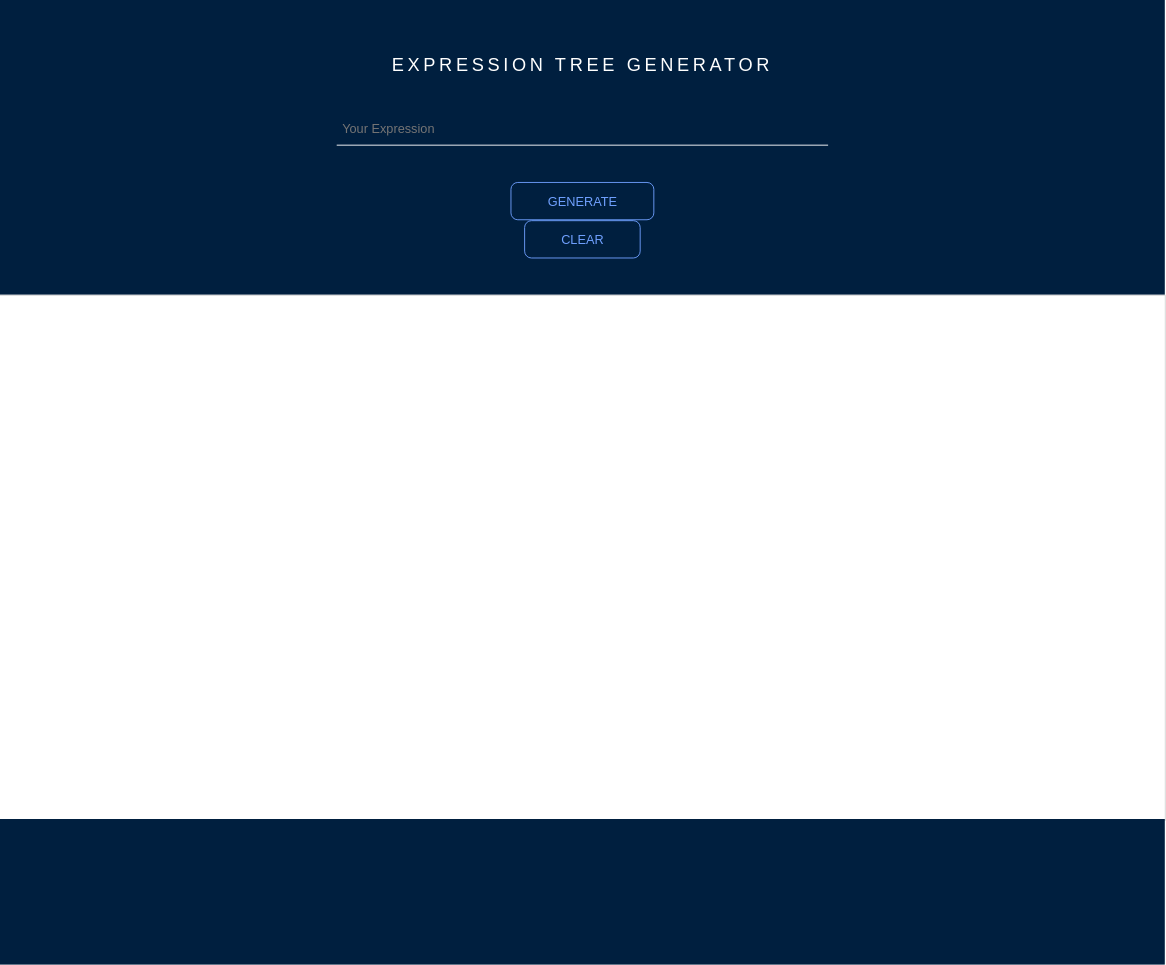
Repository: lnogueir/expression-tree-gen
Page: index.html
The author's editor kept a copy of each file at every save. The page is drawn from the files as they stood at one save, then again after the next save.
The browser window is 1280 px wide. The page is 1281 px wide, so the pictures cover 1281 px, including what lies to the right of the window. The pictures show the whole page, at 91% of full size.

Above is the page before, as saved 2020-03-15 19:24:18.

### index.html
<!DOCTYPE html>
<html lang="en">

<head>
    <meta charset="UTF-8">
    <meta name="viewport" content="width=device-width, initial-scale=1.0">
    <title>Canvas</title>
    <link rel="stylesheet" href="app.css">
</head>

<body>

    <div class="contact-section">
        <div class="inner-width">
          <h1>Expression Tree Generator</h1>
          <input type="text" class="name" id = 'expression-input' placeholder="Your Expression">

          <div class="buttons">
          <button id="generate-tree">Generate</button>
          <a href="index.html"><button id="generate-tree">Clear</button></a>
        </div>

        </div>
      </div>

    <div id="canvas-container">
        <canvas></canvas>
    </div>

    <div class="ending-section">

    </div>

</body>
<script src="https://ajax.googleapis.com/ajax/libs/jquery/3.4.1/jquery.min.js"></script>
<script src="https://cdnjs.cloudflare.com/ajax/libs/mathjs/6.6.1/math.min.js"></script>
<script src="tree.js"></script>
<script src="infixToPostfix.js"></script>
<script src="canvas.js"></script>

</html>

### app.css
*{
    margin: 0;
    padding: 0;
    box-sizing: border-box;
    font-family: "montserrat",sans-serif;
  }
  .contact-section{
    background: #001f3f;
    padding: 60px 0 40px 0;
    text-align: center;
  }

  .inner-width{
    max-width: 600px;
    margin: auto;
    padding: 0 20px;
  }

  .contact-section h1{
    font-size: 20px;
    color: #FFF;
    margin-bottom: 40px;
    text-transform: uppercase;
    letter-spacing: 4px;
    font-weight: 400;
  }

  .name,.email,.message{
    background: none;
    border:none;
    outline: none;
    border-bottom: 1px solid;
    color: #FFF;
    padding: 10px 6px;
    font-size: 14px;
    margin-bottom: 40px;
  }

  .name{
    float: center;
    width: 540px;
  }

  .buttons{
      display: flex;
      flex-direction: column;
      justify-content: center;
      align-items: center;
  }

  .contact-section button{
      padding: 0 0 20px 0;
      outline: none;
    background: none;
    color: #70a1ff;
    border: 1px solid #70a1ff;
    padding: 12px 40px;
    border-radius: 8px;
    text-transform: uppercase;
    font-size: 14px;
    transition: 0.4s linear;
    cursor: pointer;
  }

  .contact-section button:hover{
    background: #70a1ff;
    color: #fff;
  }

  .ending-section{
      z-index: 10;
      bottom: 0;
      position: relative;
    background: #001f3f;
    padding: 80px 0;
    text-align: center;
  }


  @media screen and (max-width:600px){
    .name,.email{
      width: 100%;
    }
  }

#canvas-container{
    outline: none;
    border: none;
    display: flex;
    flex-direction: column;
    align-items: center;
    margin: auto;
    height: 80vh;
    width: 100vw;
    background: #FFF;
}

canvas{
    border: 1px solid lightgray;
}

### tree.js
function Node(value) {
    const radius = 32.5
    this.value = value;
    this.x = null;
    this.y = null;
    this.right = null;
    this.left = null;

    this.isLeaf = () => this.right == null && this.left == null;

    this.drawEdge = function (context, x, y, left_way) {
        context.strokeStyle = 'gray';
        context.beginPath()
        const x_y_ratio = Math.abs(this.y - y) / Math.abs(this.x - x)
        const w = radius * Math.sqrt(1 / (1 + Math.pow(x_y_ratio, 2)))
        const d = x_y_ratio * w
        if (left_way) {
            context.moveTo(this.x - w, this.y + d)
            context.lineTo(x + w, y - d)
        } else {
            context.moveTo(this.x + w, this.y + d)
            context.lineTo(x - w, y - d)
        }

        context.stroke()
    }

    this.draw = function (context) {
        context.beginPath()
        context.arc(this.x, this.y, radius, 0, Math.PI * 2, false)
        context.fillStyle = 'rgba(255, 255, 255, 0.5)'
        context.fill()
        context.strokeStyle = 'black'
        context.stroke()
        context.font = '25px Times New Roman'
        context.textAlign = 'center'
        context.textBaseline = 'middle'
        context.fillStyle = "black";
        context.fillText(this.value, this.x, this.y);
    }
}

function constructTree(postfix) {
    const OPERATORS = ['*', '/', '-', '+']
    var stack = []
    var root = null;
    var current;
    var shift = false;
    for (var i = postfix.length - 1; i >= 0; i--) {
        if (null === root) {
            current = new Node(postfix[i]);
            root = current;
        } else {
            if (shift) {
                current.left = new Node(postfix[i])
                current = current.left
                shift = false
            } else {
                current.right = new Node(postfix[i])
                current = current.right
            }
        }
        if (OPERATORS.includes(postfix[i])) {
            stack.push(current);
        } else {
            current = stack.pop();
            shift = true
        }
    }
    return root;
}

function getSize(root) {
    var size = 0
    function countSize(root) {
        if (null != root) {
            size++;
            countSize(root.left)
            countSize(root.right)
        }
    }
    countSize(root);
    return size;
}

function print_coords(root) {
    if (null != root) {
        print_coords(root.left)
        console.log(root.value, root.x, root.y)
        print_coords(root.right)
    }
}

function setCoordinates(root) {
    var i = 0
    const OFFSET = 50
    const size = getSize(root)
    const canvas_mid_point = window.innerWidth / 2;
    function setCoordinates(subt, depth) {
        if (null != subt) {
            setCoordinates(subt.left, depth + 1)
            subt.x = canvas_mid_point + (OFFSET * (i - size / 2))
            subt.y = OFFSET + (depth * 1.5 * OFFSET)
            i++
            setCoordinates(subt.right, depth + 1)
        }
    }
    setCoordinates(root, 0)
}

function drawTree(root, context) {
    if (null != root) {
        root.draw(context)
        if (null != root.left) {
            root.drawEdge(context, root.left.x, root.left.y, true);
        }
        drawTree(root.left, context)
        if (null != root.right) {
            root.drawEdge(context, root.right.x, root.right.y, false)
        }
        drawTree(root.right, context)
    }
}

### infixToPostfix.js
function isBracketed(expr) {
  var stack = []
  for (var i = 0; i < expr.length; i++) {
    if ('(' === expr[i]) {
      stack.push('(')
    } else if (')' === expr[i]) {
      stack.pop()
      if (stack.length === 0) {
        if (i !== expr.length - 1) {
          return false
        } else {
          return true
        }
      }
    }
  }
  return false;
}

function isValidExpression(expr) {
  if (expr.length < 3) {
    return false;
  }
  for (var i = 0; i < expr.length; i++) {
    if ('abcdefghijklmnopqrstuvwxyz*()/+-'.indexOf(expr[i]) === -1) {
      return false;
    }
  }
  try {
    while ("(" === expr[0] && ")" === expr[expr.length - 1]) {
      if (isBracketed(expr)) {
        expr = expr.substring(1, expr.length - 1);
      } else break;
    }
    var res = math.parse(expr);
    if ((typeof res.implicit === 'undefined') || res.fn.indexOf('unary') !== -1) {
      return false;
    }
    return true;
  }
  catch (ex) {
    return false;
  }
}

function infixToPostfix(expression) {
  if (!isValidExpression(expression)) {
    return null;
  }
  const prec = { "*": 3, "/": 3, "-": 2, "+": 2, "(": 1 }
  op_stack = []
  postfixList = []
  tokens = expression.split('')
  for (const token of tokens) {
    if ("abcdefghijklmnopqrstuvwxyz".indexOf(token) !== -1) {
      postfixList.push(token)
    } else if ("(" === token) {
      op_stack.push(token)
    } else if (")" === token) {
      var top_op_token = op_stack.pop()
      while (top_op_token !== '(') {
        postfixList.push(top_op_token)
        top_op_token = op_stack.pop()
      }
    } else {
      var peek_elem = op_stack.slice(-1)[0];
      while (op_stack.length > 0 && (prec[peek_elem] >= prec[token])) {
        postfixList.push(op_stack.pop())
        peek_elem = op_stack.slice(-1)[0];
      }
      op_stack.push(token)
    }
  }
  while (op_stack.length > 0) {
    postfixList.push(op_stack.pop())
  }
  return postfixList
}

### canvas.js
var canvas = document.querySelector('canvas')

canvas.height = document.getElementById('canvas-container').offsetHeight;
canvas.width = document.getElementById('canvas-container').offsetWidth;

var c = canvas.getContext('2d')

$('#generate-tree').click(() => {
    var expression = $('#expression-input').val()
    if (typeof expression !== 'undefined' && null != expression) {
        expression = expression.replace(/\s+/g, '')
        expression = expression.toLowerCase()
        var postfix = infixToPostfix(expression);
        if (null !== postfix) {
            var root = constructTree(postfix)
            setCoordinates(root)
            c.clearRect(0, 0, canvas.width, canvas.height);
            drawTree(root, c)
        } else {
            alert('Enter valid expression')
        }

    } else {
        alert('Enter valid expression')
    }
})

After the next save:
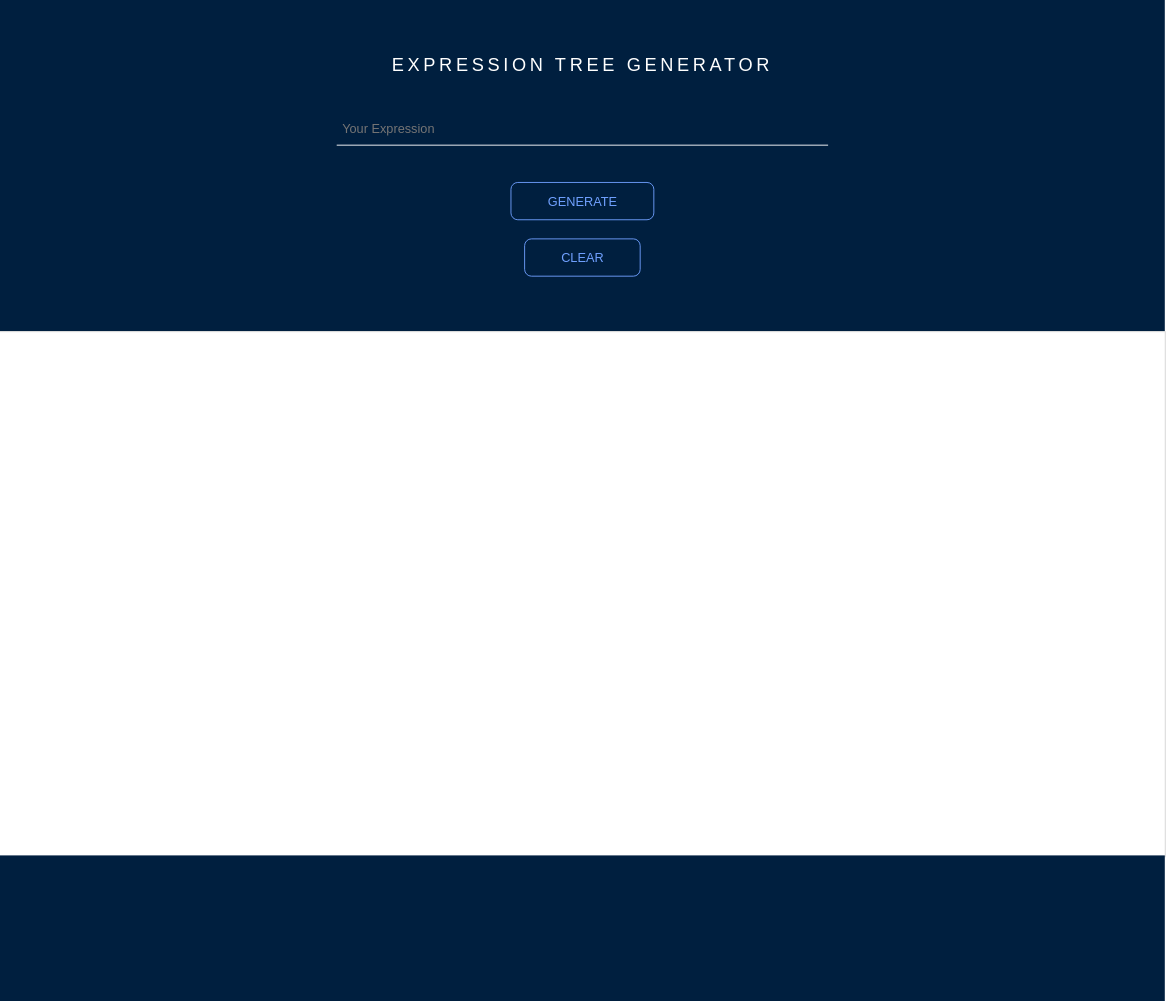
Saved 24 s later.
--- a/app.css
+++ b/app.css
@@ -49,7 +49,7 @@
   }
 
   .contact-section button{
-      padding: 0 0 20px 0;
+      margin-bottom: 20px;
       outline: none;
     background: none;
     color: #70a1ff;
